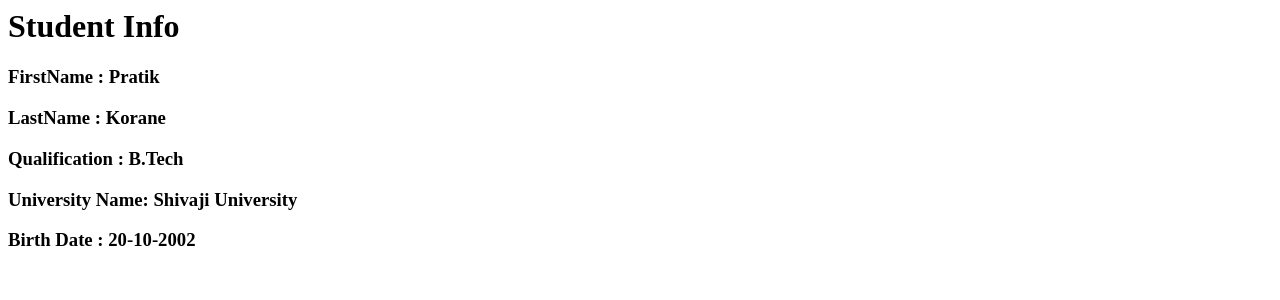
Repository: KD1-86660-Pratik-Korane/advjava
Page: http://localhost/assign01/profile
These files come from the project's save history. The page is drawn as it stood at one moment and after the next save; the edit follows.
The browser window is 1280 px wide. The pictures show the whole page.
The page is served by Tomcat 9.

Above is the page before, as saved 2024-12-02 13:22:51.

After the next save:
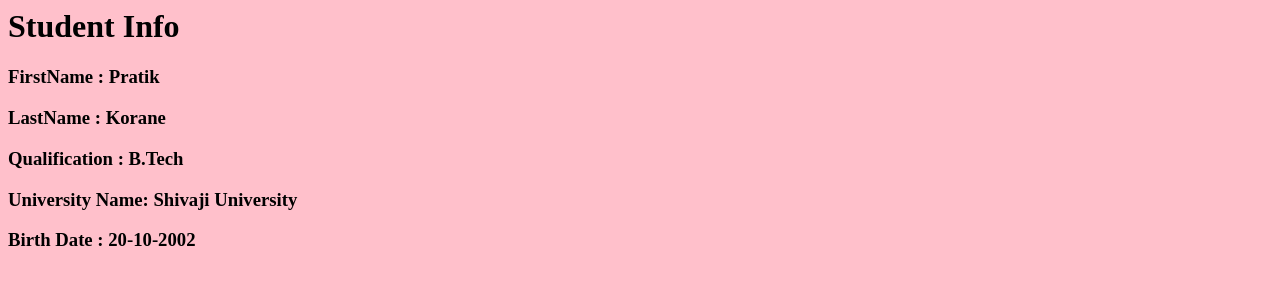
Saved 2 min 28 s later.
--- a/Assignment_01/assign01/src/main/java/com/sunbeam/ProfileServlet.java
+++ b/Assignment_01/assign01/src/main/java/com/sunbeam/ProfileServlet.java
@@ -20,7 +20,7 @@ public class ProfileServlet extends HttpServlet{
 		 out.println("<head>");
 		 out.println("<title>Student Info</title>");
 		 out.println("</head>");
-		 out.println("<body>");
+		 out.println("<body style=\"background-color: pink;\">");
 		 out.println("<h1>Student Info</h1>");
 		 out.println("<h3>FirstName : Pratik</h3>");
 		 out.println("<h3>LastName : Korane</h3>");
